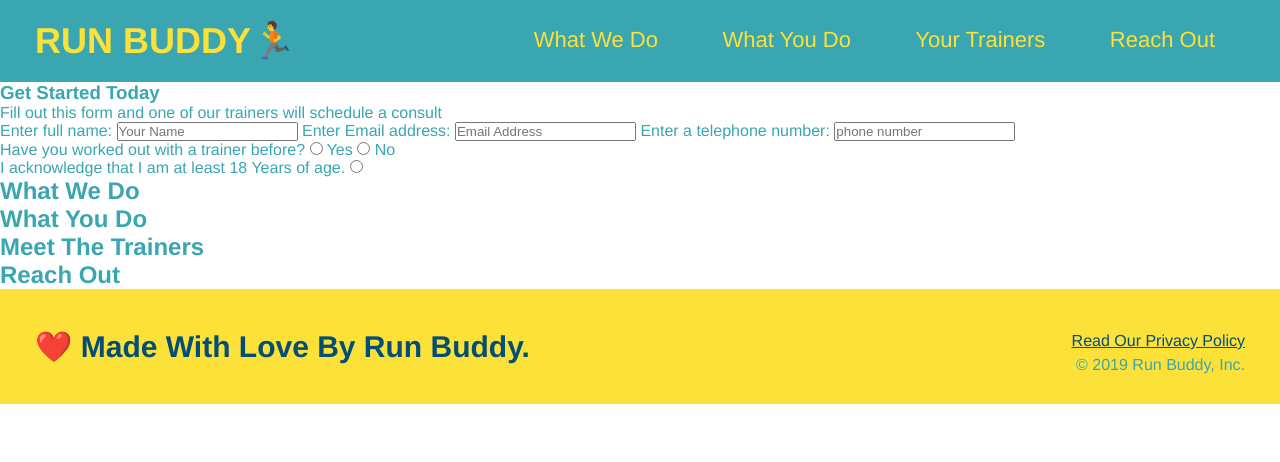
Repository: pilar122/run-buddy
Page: index.html
The author's editor kept a copy of each file at every save. The page is drawn from the files as they stood at one save, then again after the next save.
The browser window is 1280 px wide. The pictures show the whole page.

Above is the page before, as saved 2023-01-21 08:36:08.

### index.html
<!DOCTYPE html>
<html lang="en">
    <head>
        <meta charset="UTF-8"/>
        <title>Run Buddy</title>
        <link rel="stylesheet" href="./assets/css/style.css" />
    </head>
    <body>
        <!-- navigation -->
        <header>
            <h1>
                <a href="/"> RUN BUDDY🏃</a>
            </h1>
            <nav>
                <ul><!--Unordered list element-->
                    <li> <!--List item element-->
                        <a href="#what-we-do">What We Do</a> <!--Anchor Element-->
                    </li>
                    <li>
                        <a href="#what-you-do">What You Do</a>
                    </li>
                    <li>
                        <a href="#your-trainers">Your Trainers</a>
                    </li>
                    <li>
                        <a href="#reach-out">Reach Out</a>
                    </li>
                </ul>
            </nav>
        </header>

        <!--hero/jumbotron-->
        <section>
            <div>
                <h3>Get Started Today</h3>
                <p>Fill out this form and one of our trainers will schedule a consult</p>
                <!--form element-->
                <form>
                    <!--form input-->
                    <label for="name">Enter full name:</label>
                    <input type="text" placeholder="Your Name" name="name" id="name"/>
                    <label for="email">Enter Email address:</label>
                    <input type="text" placeholder="Email Address" name="email" id="email"/>
                    <label for="phone">Enter a telephone number:</label>
                    <input type="text" placeholder="phone number" name="phone" id="phone"/>

                    <!--button for selection-->
                    <p>
                        Have you worked out with a trainer before?
                        <input type="radio" name="trainer-confirm" id="trainer-yes"/>
                        <label for="trainer-yes">Yes</label>
                        <input type="radio" name="trainer-confirm" id="trainer-no"/>
                        <label for="trainer-no">No</label>
                    </p>
                    <p>
                        I acknowledge that I am at least 18 Years of age.
                        <input type="radio" name="age" id="confirm"/>
                        <label for="confirm"></label>
                    </p>

                </form>
            </div>
        </section>

        <!--"what we do" section-->
        <section>
            <h2>What We Do</h2>
        </section>

        <!--"What You Do" section-->
        <section>
            <h2>What You Do</h2>
        </section>

        <!--"Meet The Trainers" section-->
        <section>
            <h2>Meet The Trainers</h2>
        </section>

        <!--"Reach Out" section-->
        <section>
            <h2>Reach Out</h2>
        </section>

        <!--Footer-->
        <footer>
            <h2>❤️ Made With Love By Run Buddy.</h2>
            <div>
                <a href="#">Read Our Privacy Policy</a><br />
                &copy; 2019 Run Buddy, Inc.
            </div>
        </footer>
    </body>
</html>

### assets/css/style.css
/*This is to remove the default browser enforced styled*/
* {
    margin: 0;
    padding: 0;
    box-sizing: border-box;
}

body {
    /*This changes the elements in the body*/
    color: #39a6b2;
    font-family: Helvetica, Arial, sans-serif;
}

/*Applying style to the header*/
header {
    padding: 20px 35px;
    background-color: #39a6b2;
}

header h1 {
    font-weight: bold;
    font-size: 36px;
    color: #fce138;
    margin: 0;
    display: inline; /*This moved the nav on the right hand side up*/
}

header a {
    text-decoration: none;
    color: #fce138;
}

header nav {
    float: right;
    margin: 7px 0;
}

header nav ul li {
    display: inline; /*horizontally in a row*/
}

header nav ul li a {
    margin: 0 30px;
    font-weight: lighter;
    font-size: 22px;
}

footer {
    background: #fce138;
    width: 100%;
    padding: 40px 35px;
}

footer h2 {
    display: inline;
    color: #024e76;
    font-size: 30px;
    margin: 0;
}

footer div {
    float: right;
    line-height: 1.5;
    text-align: right;
}

footer a {
    color: #024e76;
}

After the next save:
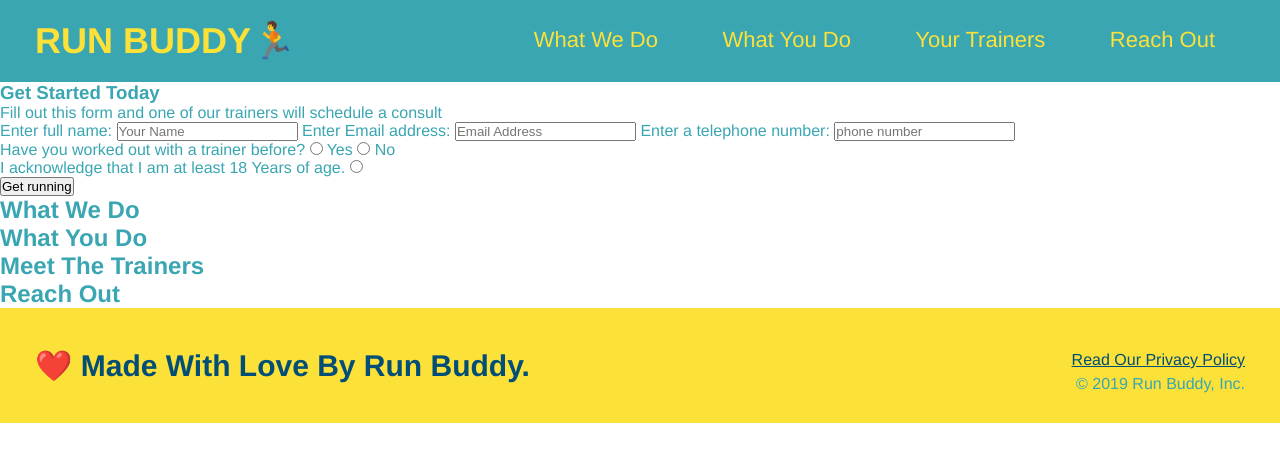
Saved 6 min 14 s later.
--- a/index.html
+++ b/index.html
@@ -57,7 +57,10 @@
                         <input type="radio" name="age" id="confirm"/>
                         <label for="confirm"></label>
                     </p>
-
+                    <!--the submit button-->
+                    <button>
+                        Get running
+                    </button>
                 </form>
             </div>
         </section>
